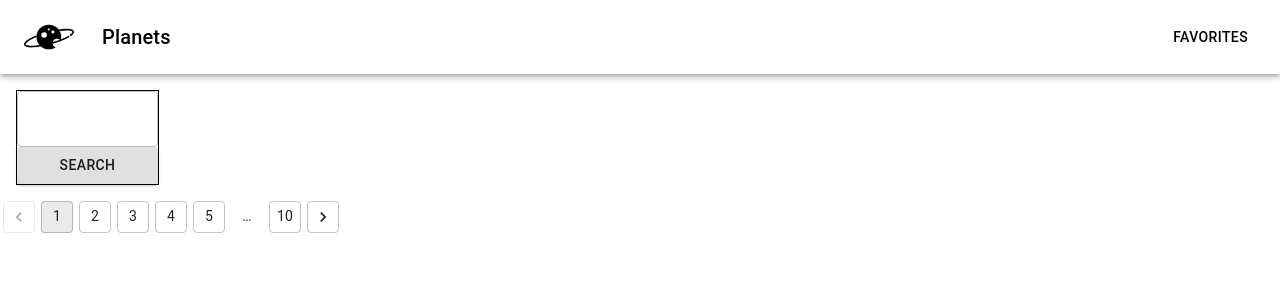
Repository: samridhie01/assignment
Page: /
The author's editor kept a copy of each file at every save. The page is drawn from the files as they stood at one save, then again after the next save.
The browser window is 1280 px wide. The pictures show the whole page.
The page's requests for data from a server got no answer. The project was rebuilt for these pictures with package versions that can differ from the ones it lists, and the page was loaded fresh each time. No one was signed in, and anything a server would have sent is missing. Also part of the build but not shown: src/components/planets/Planets.tsx.

Above is the page before, as saved 2020-08-20 12:51:02.

After the next save:
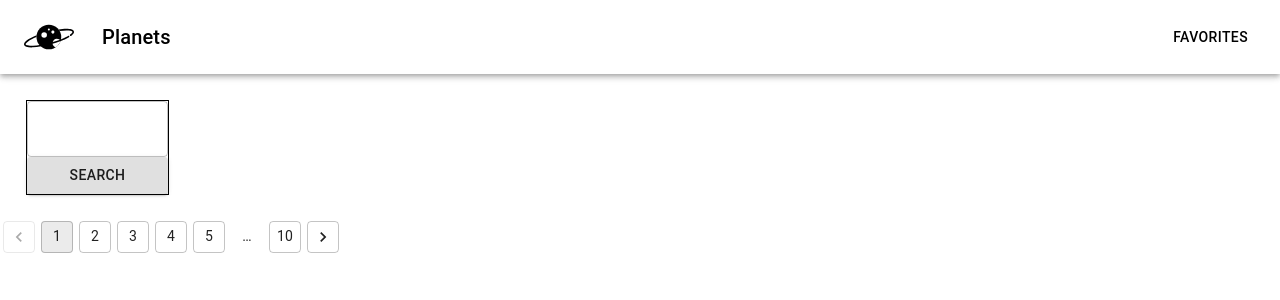
Saved 46 s later.
--- a/src/components/homePage/HomePageStyle.ts
+++ b/src/components/homePage/HomePageStyle.ts
@@ -3,7 +3,8 @@ import {makeStyles, createStyles, Theme} from '@material-ui/core/styles';
 export const useStyles = makeStyles((theme: Theme) => createStyles({
   flexContainer: {
    display: 'inline-flex',
-   flexFlow: 'row nowrap'
+   flexFlow: 'row nowrap',
+   padding: '10px'
 
   },
   item: {
